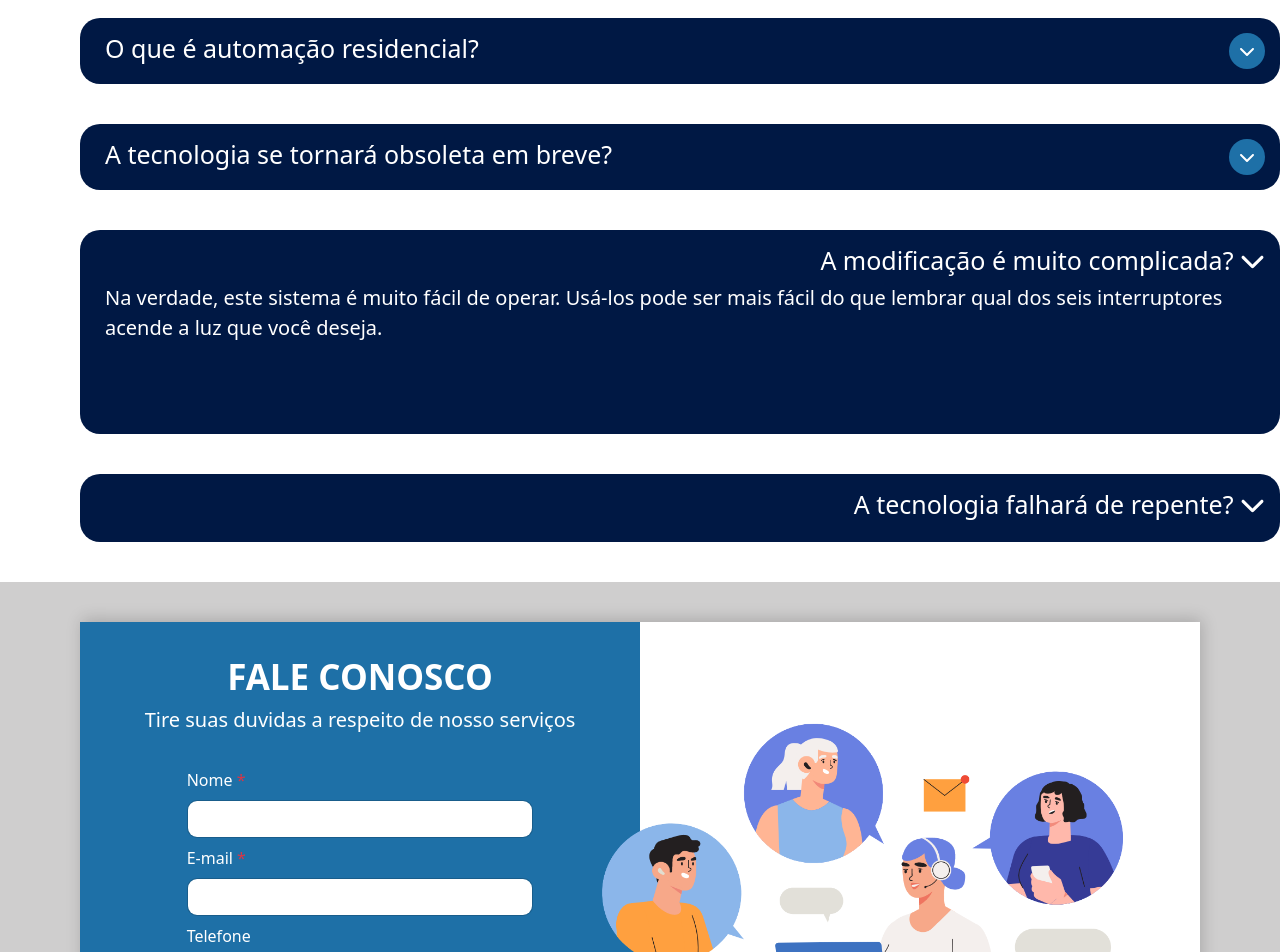
Repository: BulleST/SouHi_Institucional
Page: index.html
The author's editor kept a copy of each file at every save. The page is drawn from the files as they stood at one save, then again after the next save.
The browser window is 1280 px wide. The pictures show the part of the page from y = 1792 to 2744 px (the page is 3470 px tall before and 3462 px after).
A picture or video elsewhere on the page could not be fetched, so the positions and the page height are approximate.

Above is the page before, as saved 2022-11-04 15:44:21.

### index.html
<!DOCTYPE html>
<html lang="pt-br">

<head>
  <meta charset="UTF-8">
  <meta http-equiv="X-UA-Compatible" content="IE=edge">
  <meta name="viewport" content="width=device-width, initial-scale=1.0">
  <title>SouHi - Soluções Automatizadas</title>

  <script src="https://code.jquery.com/jquery-3.6.1.js" integrity="sha256-3zlB5s2uwoUzrXK3BT7AX3FyvojsraNFxCc2vC/7pNI="
    crossorigin="anonymous"></script>



  <!-- Bootstrap -->
  <link href="https://cdn.jsdelivr.net/npm/bootstrap@5.2.2/dist/css/bootstrap.min.css" rel="stylesheet"
    integrity="sha384-Zenh87qX5JnK2Jl0vWa8Ck2rdkQ2Bzep5IDxbcnCeuOxjzrPF/et3URy9Bv1WTRi" crossorigin="anonymous">
  <script src="https://cdn.jsdelivr.net/npm/bootstrap@5.2.2/dist/js/bootstrap.bundle.min.js"
    integrity="sha384-OERcA2EqjJCMA+/3y+gxIOqMEjwtxJY7qPCqsdltbNJuaOe923+mo//f6V8Qbsw3"
    crossorigin="anonymous"></script>
  <!-- Fontawesome -->
  <link rel="stylesheet" href="https://cdnjs.cloudflare.com/ajax/libs/font-awesome/6.2.0/css/all.min.css"
    integrity="sha512-xh6O/CkQoPOWDdYTDqeRdPCVd1SpvCA9XXcUnZS2FmJNp1coAFzvtCN9BmamE+4aHK8yyUHUSCcJHgXloTyT2A=="
    crossorigin="anonymous" referrerpolicy="no-referrer" />
  <script src="https://cdnjs.cloudflare.com/ajax/libs/font-awesome/6.2.0/js/all.min.js"
    integrity="sha512-naukR7I+Nk6gp7p5TMA4ycgfxaZBJ7MO5iC3Fp6ySQyKFHOGfpkSZkYVWV5R7u7cfAicxanwYQ5D1e17EfJcMA=="
    crossorigin="anonymous" referrerpolicy="no-referrer"></script>

  <!-- Slick Carousel -->
  <link rel="stylesheet" type="text/css" href="https://cdn.jsdelivr.net/npm/slick-carousel@1.8.1/slick/slick.css" />
  <script type="text/javascript" src="https://cdn.jsdelivr.net/npm/slick-carousel@1.8.1/slick/slick.min.js"></script>

  <!-- AOS -->
  <link rel="stylesheet" href="https://unpkg.com/aos@next/dist/aos.css">
  <script src="https://unpkg.com/aos@next/dist/aos.js"></script>

<!-- Jquery Ui -->
<link type="text/css" href="./jquery-ui-1.13.2.custom/jquery-ui.css">
<link type="text/css" href="./jquery-ui-1.13.2.custom/jquery-ui.structure.css">
<link type="text/css" href="./jquery-ui-1.13.2.custom/jquery-ui.theme.css">
<script src="./jquery-ui-1.13.2.custom/jquery-ui.js" text="text/javascript"></script>

  <link rel="stylesheet" type="text/css" href="./style.css">
  <script src="script.js" defer ></script>

</head>

<body>

  <header>
    <div class="header-container bg-on" id="header">
      <div class="header-position">
        <div class="flex-item-image">
          <img src="img/logo_claro.png" alt="Logo Souhi">
        </div>
        <div class="flex-item-rotas">
          <nav class="rotas">
            <ul>
              <li> <a class="header__navigation-link" href="#home">Home</a></li>
              <li><a class="header__navigation-link" href="#quem-somos">Quem somos</a></li>
              <li><a class="header__navigation-link" href="#produtos">Ofertas</a></li>
              <li><a class="header__navigation-link" href="#duvidas">FAQ</a></li>
              <li><a class="header__navigation-link" href="#contatos">Contatos</a></li>
            </ul>
          </nav>
        </div>
        <div class="flex-item-contato">
          <a href="" class="btn-fale-conosco">Fale conosco!</a>
        </div>
      </div>
    </div>
  </header>


  <section>
    <section class="carrossel" id="inicio">
      <button class="btn-scroll-down">
        <i class="fas fa-chevron-down"></i>
      </button>
      <div class="slider">
        <div class=" first-item">
          <div class="slider__item-inner slider__item d-flex first-item-inner">
            <div class="slider__item-content first-content">
              <h3>Lorem Ipsum</h3>
              <hr>
              <p>Lorem ipsum dolor, sit amet consectetur adipisicing elit. Beatae fugiat voluptas consequatur voluptate
                perspiciatis aspernatur voluptates dolores inventore vero incidunt officia, modi dolorum. </p>
              <p class="my-2">Conheça nossos produtos!</p>
              <button class="btn btn-confira">Confira</button>
            </div>
            <div class="slider__item-image first-image">
              <img src="./img/house.png" alt="">
            </div>
          </div>
        </div>
        <div class="  second-item">

          <div class=" d-flex slider__item  second-item-inner">

            <div class="second-contain">
              <div class=" second-image">

                <img src="img/ic_launcher.png" alt="">
                <img src="./img/phone.png" alt="">

              </div>
              <div class=" second-content">
                <h3>Lorem Ipsum</h3>

                <p>Lorem ipsum dolor, sit amet consectetur adipisicing elit. </p>
                <a href="" class="btn-fale-conosco">Fale conosco!</a>

              </div>

            </div>

          </div>
        </div>
        <div class="  third-item">
          <div class=" d-flex slider__item  third-item-inner">
            <div class="third-contain">
              <div class=" third-image">
                <img src="img/smart-house-8.png" alt="">
              </div>
              <div class=" third-content">
                <h3>Lorem Ipsum Ipsum</h3>
                <p>Lorem ipsum dolor, sit amet consectetur adipisicing elit. Lorem ipsum dolor, sit amet consectetur
                  adipisicing elit. orem ipsum dolor, sit amet consectetur adipisicing elit. </p>
                <a href="" class="btn-fale-conosco mt-2">Fale conosco!</a>
              </div>
            </div>
          </div>
        </div>
      </div>
      </div>
    </section>

    <div class="bg">
      <div class="container wrapper">
        <section class="quem-somos" id="quem-somos">
          <img src="img/teste.jpg" alt="" class="imagem" data-aos="fade-right">
          <div class="quem-somos-texto" data-aos="fade-left">

            <h1>Quem somos</h1>
            <p>Lorem ipsum, dolor sit amet consectetur adipisicing elit. Iure, obcaecati alias magni reiciendis non ipsa
              asperiores deserunt quibusdam quasi ut odit, quaerat ex eum fugit pariatur rerum eius vitae maiores?</p>

            <button class="btn">Saiba mais <span> <i class="fa-solid fa-angles-right"></i></span></button>
          </div>
        </section>
        <div class="beneficios-bg">
        <div class="beneficios">
          <div class="card card-1" data-aos="fade-up">
            <div class="card-texto">
              <span> <i class="fa-solid fa-dollar-sign icone-card"></i></span>
              <h1>Economia</h1>
              <p>Lorem, ipsum dolor sit amet consectetur adipisicing elit. Saepe placeat repellat magni est praesentium
                quaerat aspernatur incidunt sint, quisquam voluptates aut fugiat vel dolorum maxime alias autem, sunt
                quae amet!</p>
            </div>
          </div>
          <div class="card card-2" data-aos="fade-up">
            <div class="card-texto">
              <span> <i class="fa-solid fa-shield icone-card"></i></span>
              <h1>Segurança</h1>
              <p>Lorem, ipsum dolor sit amet consectetur adipisicing elit. Saepe placeat repellat magni est praesentium
                quaerat aspernatur incidunt sint, quisquam voluptates aut fugiat vel dolorum maxime alias autem, sunt
                quae amet!</p>
            </div>
          </div>
          <div class="card card-3" data-aos="fade-up">
            <div class="card-texto">
              <span> <i class="fa-solid fa-check icone-card"></i></span>
              <h1>Conveniência</h1>
              <p>Lorem, ipsum dolor sit amet consectetur adipisicing elit. Saepe placeat repellat magni est praesentium
                quaerat aspernatur incidunt sint, quisquam voluptates aut fugiat vel dolorum maxime alias autem, sunt
                quae amet!</p>
            </div>
          </div>
          <div class="card card-4" data-aos="fade-up">
            <div class="card-texto">
              <span> <i class="fa-solid fa-couch icone-card"></i></span>
              <h1>Conforto</h1>
              <p>Lorem, ipsum dolor sit amet consectetur adipisicing elit. Saepe placeat repellat magni est praesentium
                quaerat aspernatur incidunt sint, quisquam voluptates aut fugiat vel dolorum maxime alias autem, sunt
                quae amet!</p>
            </div>
          </div>
        </div>
      </div>
      </div>


      <div class="produtos-fechado" id="produtos">
        <div class="produtos-texto">
          <h1>O que você quer automatizar?</h1>
          <p>Lorem ipsum dolor sit, amet consectetur adipisicing elit. Explicabo odit eveniet molestiae reiciendis ab
            odio ipsum labore! Culpa optio consectetur, laboriosam quia enim vitae consequuntur tempora id in quos
            ipsum!</p>

          <span class="pra"><i class="fa-solid fa-angle-down down" id="show-or-hide"></i></span>
        </div>

      </div>
      <div class="produtos-aberto">
        <div class=" sessao  mySwiper container">
          <div class="swiper-wrapper content">

            <div class="swiper-slide card">
              <div class="card-content">

                <div class="image">
                  <img src="https://source.unsplash.com/random/250x250" alt="" class="eseu">

                </div>
              </div>
            </div>

            <div class="swiper-slide card">
              <div class="card-content">

                <div class="image">
                  <img src="https://source.unsplash.com/random/250x250" alt="" class="eseu">
                </div>
              </div>
            </div>

            <div class="swiper-slide card">

              <div class="card-content">

                <div class="image">
                  <img src="https://source.unsplash.com/random/250x250" alt="" class="eseu">
                </div>
              </div>
            </div>

            <div class="swiper-slide card">
              <div class="card-content">


                <div class="image">

                  <img src="https://source.unsplash.com/random/250x250" alt="" class="eseu">
                </div>
              </div>
            </div>
          </div>
        </div>
        <div class="swiper-button-next"></div>
        <div class="swiper-button-prev"></div>
        <div class="swiper-paggination"></div>
      </div>
    </div>





    <div class="duvidas-container">
    <div class="wrapper">

      <div id="panels">



      <li class="oi">
      <div class="pergunta">
        <h3 class="testedoflex">O que é automação residencial?</h3>
        <i class="icone-pergunta testedoflex fas fa-chevron-down"> </i>
      </div>
        <p>A automação residencial consiste em conexões e integrações entre sistemas inteligentes para permitir que as atividades sejam realizadas de forma automática. Geralmente apresenta o uso de sensores em objetos comuns ao redor da casa para melhorar a conectividade e o monitoramento. Os principais benefícios são o aumento do conforto, bem-estar, praticidade e segurança.</p>
      </li>





      <li >
        <div class="pergunta">
        <h3>A tecnologia se tornará obsoleta em breve?</h3>
        <i class="icone-pergunta fas fa-chevron-down "> </i>
      </div>
        <p> Essa é uma boa pergunta, afinal no mundo da tecnologia há sempre o medo de que novos produtos cheguem a qualquer momento e tornem os seus - não tão velhos assim - completamente obsoletos.
          Felizmente, a automação residencial não é o mesmo que substituir seu telefone - você não precisa "comprar um novo sistema" a cada dois anos.</p>

        </li>
        <li>
        <h3>A modificação é muito complicada?  <i class="fas fa-chevron-down"> </i></h3>
        <p>Na verdade, este sistema é muito fácil de operar.  Usá-los pode ser mais fácil do que lembrar qual dos seis interruptores acende a luz que você deseja.</p>
      </li>
      <li>
        <h3>A tecnologia falhará de repente? <i class="fas fa-chevron-down"> </i></h3>
        <p>Não vai. Alguns dispositivos inteligentes que são fáceis de encontrar no mercado a baixo custo podem não ser muito confiáveis, mas os sistemas de automação profissional são tecnologias maduras e poderosas.</p>
      </li>
        <h3></h3>
        <p></p>
      </div>
    </div>
  </div>
    </div>
    <section class="container-fale-conosco">
      <div class="wrapper">
        <div class="fale-conosco">
          <div class="form">

            <div class="titulo-fale-conosco mt-4">
              <!-- <img src="img/Design sem nome (1).png" alt=""> -->
              <h1>Fale conosco</h1>
              <h3>Tire suas duvidas a respeito de nosso serviços</h3>
            </div>
            <form>

              <div action="" class="form-group mt-2 col-8">
                <label for="" class="form-label">Nome<span class="text-danger"> *</span></label>
                <input type="text" class="form-control" required>
              </div>
              <div action="" class="form-group mt-2 col-8">
                <label for="" class="form-label">E-mail<span class="text-danger"> *</span></label>
                <input type="text" class="form-control" required>
              </div>

              <div action="" class="form-group mt-2 col-8">
                <label for="" class="form-label">Telefone</label>
                <input type="text" class="form-control">

                <div action="" class="form-group mt-2 col-12 ">
                  <label for="" class="form-label">Deixe sua dúvida</label>
                  <textarea class="form-control" cols="80" rows="4"></textarea>
                </div>
              </div>
              <div class="form-group d-flex justify-content-end ">
                <button type="submit" class=" botao-fale-conosco">Enviar</button>
              </div>
          </div>
          </form>


          <div class="bg-img">
            <img src="img/Design sem nome (2).png" alt="">
          </div>
        </div>

    </section>



    </div>
    </div>

    </div>


    <div class="link-top link-on"><a href="#inicio">


        <i class="fa-solid fa-angle-up"></i></a></div>
  </section>

  <section class="footer">

    </div>
    <div class="footer-position">
      <div class="finalizacao">
        <img src="img/pexels-liza-summer-6347719.jpg" alt="" class="footer-img">
        <div class="texto">
          <h1>Aut</h1>
          <h2>Automação residencial</h2>
          <p>Lorem ipsum dolor sit amet consectetur adipisicing elit. Debitis iure nemo, aliquam, quibusdam reiciendis
            ducimus eum provident in id repellendus excepturi cum. Tempora dolorum, consequatur laudantium possimus hic
            modi ratione.</p>
        </div>
      </div>
      <div class="contato">
        <div class="contato-texto">
          <h2>Fale conosco</h2>

          <ul>
            <li><i class="fa-solid fa-location-dot"></i> Av. Paulista São Paulo </li>
            <li><i class='fa fa-whatsapp'></i> xxxxx-xxxxx</li>
            <li><i class="fa-solid fa-phone"></i> (xx) xxxxxx</li>
          </ul>
        </div>
      </div>

    </div>

  </section>

</body>


<script>




</script>

</html>

Loaded but not shown: jquery-ui-1.13.2.custom/jquery-ui.js (library); script.js (87 lines, source omitted); style.css (1442 lines, source omitted)

After the next save:
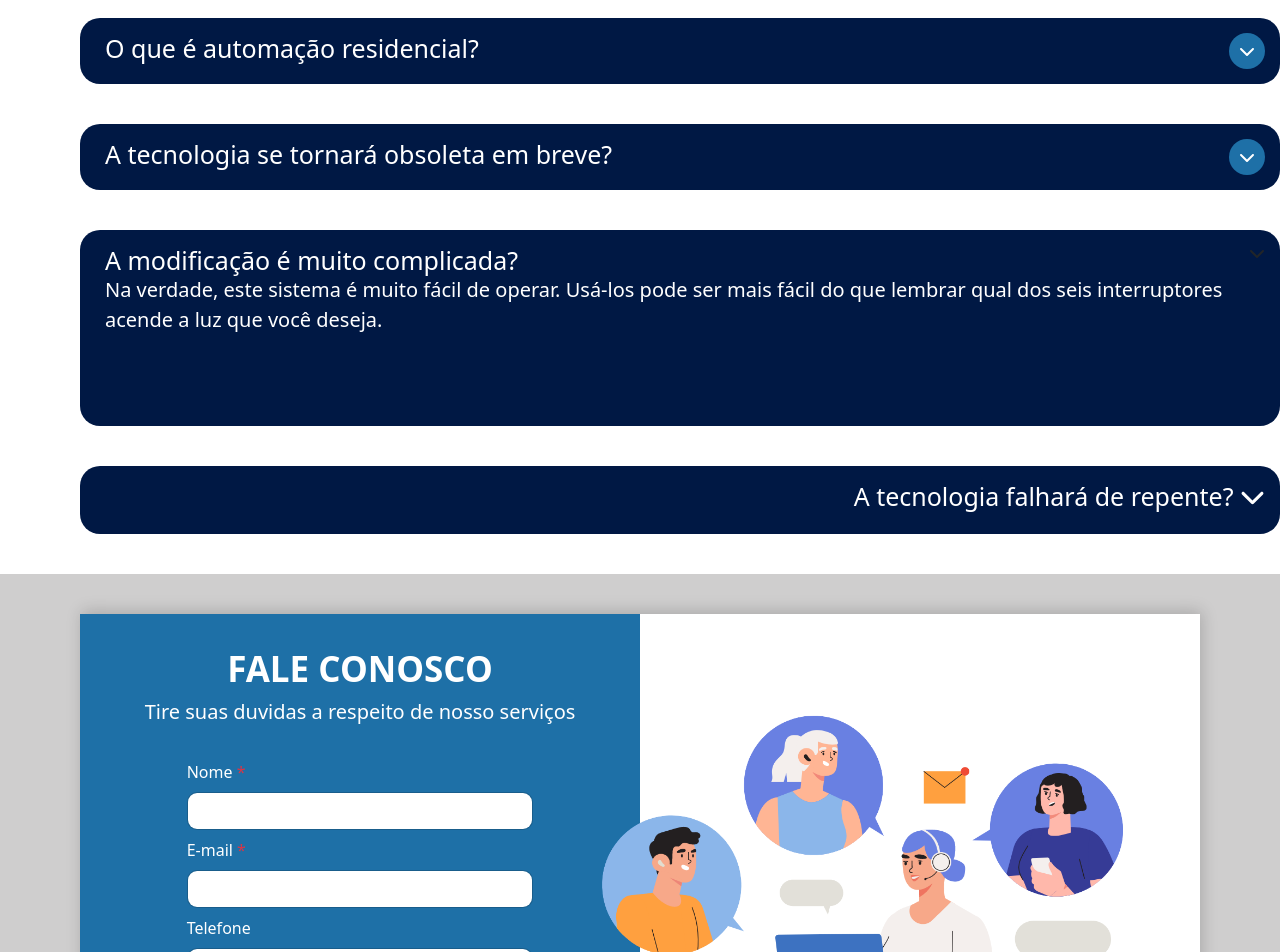
Saved 22 s later.
--- a/index.html
+++ b/index.html
@@ -286,7 +286,10 @@
 
         </li>
         <li>
-        <h3>A modificação é muito complicada?  <i class="fas fa-chevron-down"> </i></h3>
+          <div class="pergunta">
+        <h3>A modificação é muito complicada? </h3>
+        <i class="fas fa-chevron-down"> </i>
+      </div>
         <p>Na verdade, este sistema é muito fácil de operar.  Usá-los pode ser mais fácil do que lembrar qual dos seis interruptores acende a luz que você deseja.</p>
       </li>
       <li>
